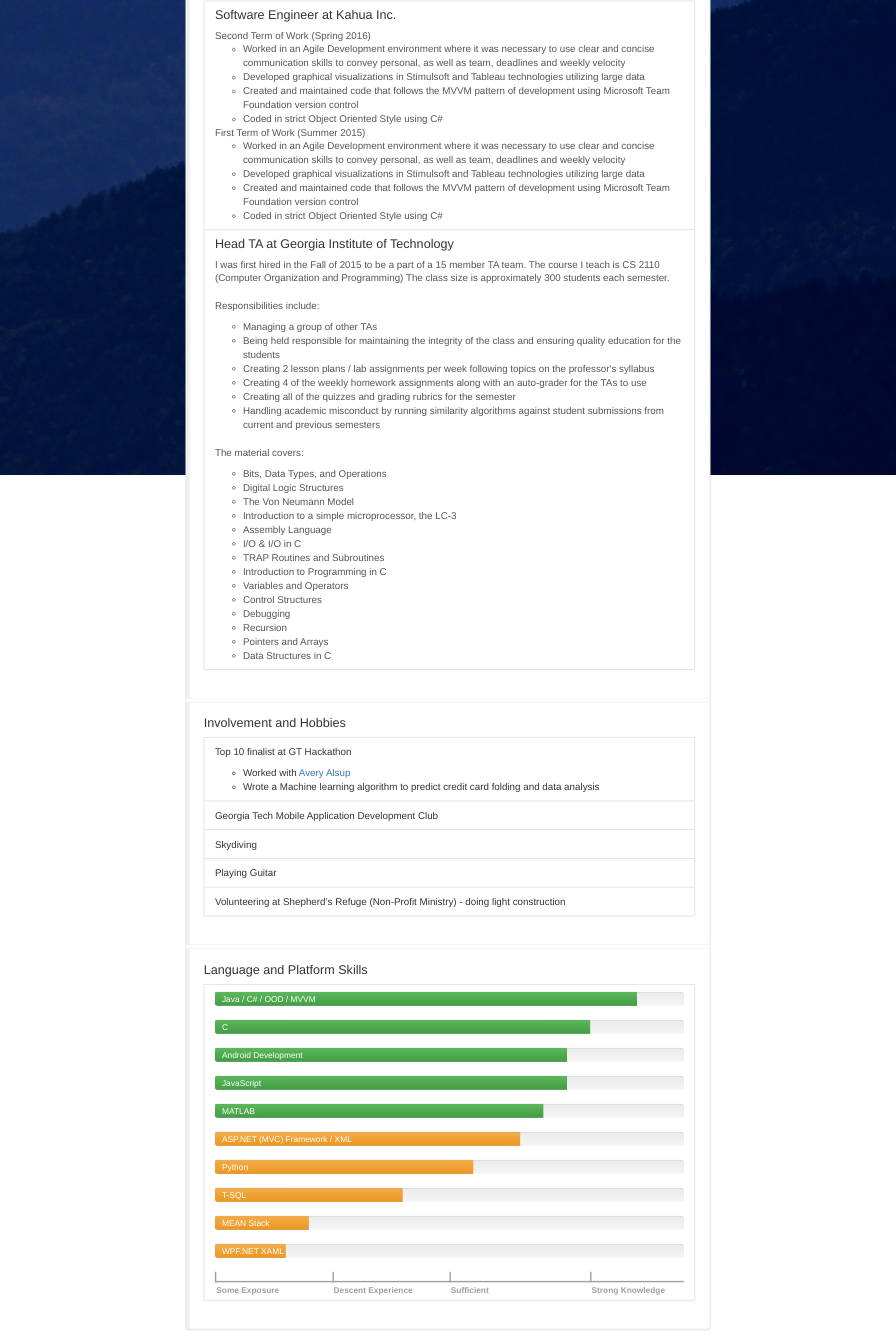
Repository: austinHerring/PersonalWebsite
Page: PersonalWebsite/WebContent/about.html
An editor plug-in stored every save of this project. The page is shown before and after the next save, followed by the edit.
The browser window is 1280 px wide. The pictures show the part of the page from y = 977 to 2897 px (the page is 2897 px tall before and 2870 px after), at 70% of full size.
Some web libraries are served in a nearby version.

Above is the page before, as saved 2016-06-13 02:26:07.

### PersonalWebsite/WebContent/about.html
<html>
<head>
	<meta charset="utf-8"/>
	<title>About - Austin</title>
	<link rel="stylesheet" href="css/bootstrap.min.css">
	<link rel="stylesheet" href="css/bootstrap-theme.min.css">
	<link rel="stylesheet" href="css/about.css">
	<link rel="stylesheet" href="css/general.css">
</head>
<body>
	<div class="container" id="page-wrap">
		<div class="resume">
	    <header class="page-header">
		    <table class="table-header">
		    	<tr>
		    		<td>
			    		<a class="button button1" href="index.html" role="button">Home</a>
		    		</td>
		    		<td style="text-align: center;">
			    		<h1 class="page-title">About Austin Herring</h1>
			    		<small> <i class="fa fa-clock-o"></i> Last Updated on: <time>Sunday, June 12, 2016</time></small>
		    		</td>
		    		<td>
						<a class="button button1" href="projects.html" role="button">Projects</a>
		    		</td>
		    	</tr>
		    </table>
		</header>
		<div class="row">
		  <div class="col-xs-12 col-sm-12 col-md-offset-1 col-md-10 col-lg-offset-2 col-lg-8">
		    <div class="panel panel-default">
		      <div class="panel-heading resume-heading">
		        <div class="row">
		          <div class="col-lg-12">
		            <div class="col-xs-12 col-sm-4">
		              <figure>
		                <img class="img-circle img-responsive" alt="Picture of Austin" src="images/austinEurope1.png">
		              </figure>
		                <div class="col-xs-12 social-btns">
		                    <div class="col-xs-3 col-md-1 col-lg-6 social-btn-holder">
		                      <a href="https://www.linkedin.com/in/austin-herring-810350a3?trk=nav_responsive_tab_profile" class="btn btn-social btn-block btn-linkedin">
		                        <i class="fa fa-linkedin"></i> </a>
		                    </div>
		                    <div class="col-xs-3 col-md-1 col-lg-6 social-btn-holder">
		                      <a href="https://github.com/austinHerring" class="btn btn-social btn-block btn-github">
		                        <i class="fa fa-github"></i> </a>
		                    </div>
		                </div>
		            </div>

		            <div class="col-xs-12 col-sm-8">
		              <ul class="list-group">
		                <li class="list-group-item">Austin Herring</li>
		                <li class="list-group-item">Under Graduate Student of Computer Science</li>
		                <li class="list-group-item">Georgia Institute of Technology</li>
		                <li class="list-group-item"><i class="fa fa-phone"></i> 404-368-9110 </li>
		                <li class="list-group-item"><i class="fa fa-envelope"></i> austinherring95@gmail.com</li>
		                <li class="list-group-item">337353 Georgia Tech Station Atlanta, GA 30332</li>
		                <li class="list-group-item">U.S. Citizen</li>
		              </ul>
		            </div>
		          </div>
		        </div>
		      </div>
		      <div class="bs-callout">
		        <h4>Summary</h4>
		        <p>
		        	Some stuff about me
		        </p>
		        <p>
		         	More stuff about me
		        </p>
		      </div>
		      <div class="bs-callout">
		        <h4>Education</h4>
		        <table class="table table-striped table-responsive ">
		          <thead>
		            <tr><th>Degree</th>
		            <th>Graduation</th>
		            <th>GPA</th>
		          </tr></thead>
		          <tbody>
		            <tr>
		              <td>Candidate for B.S. in Computer Science (Intelligence / Systems and Architecture)</td>
		              <td>December 2017</td>
		              <td>3.82</td>
		            </tr>
		          </tbody>
		        </table>
		      </div>
		      <div class="bs-callout">
		        <h4>Research Interests</h4>
		        <p>
		          Software Engineering, Machine Learning, Artificial Neural Networks, Password Security
		        </p>
		      </div>

		      <div class="bs-callout">
		        <h4>Prior Experiences</h4>
		        <ul class="list-group">
		          <a class="list-group-item active-link" href="https://www.kahua.com/">
		            <h4 class="list-group-item-heading">
		              Software Engineer at Kahua Inc.
		            </h4>
		            <p class="list-group-item-text">
			             Second Term of Work (Spring 2016)
		             </p>
		             <ul>
		                <li>
		                     Worked in an Agile Development environment where it was necessary to use clear and concise communication skills to convey personal, as well as team, deadlines and weekly velocity
		                </li>
		                <li>
				             Developed graphical visualizations in Stimulsoft and Tableau technologies utilizing large data
		                </li>
		                <li>
				             Created and maintained code that follows the MVVM pattern of development using Microsoft Team Foundation version control
		                </li>
		                <li>
				             Coded in strict Object Oriented Style using C#
		                </li>
	                </ul>
	                <p class="list-group-item-text">
			             First Term of Work (Summer 2015)
		             </p>
		             <ul>
		                <li>
		                     Worked in an Agile Development environment where it was necessary to use clear and concise communication skills to convey personal, as well as team, deadlines and weekly velocity
		                </li>
		                <li>
				             Developed graphical visualizations in Stimulsoft and Tableau technologies utilizing large data
		                </li>
		                <li>
				             Created and maintained code that follows the MVVM pattern of development using Microsoft Team Foundation version control
		                </li>
		                <li>
				             Coded in strict Object Oriented Style using C#
		                </li>
	                </ul>
		          </a>
		          <a class="list-group-item inactive-link" href="#">
		            <h4 class="list-group-item-heading">Head TA at Georgia Institute of Technology</h4>
		            <p class="list-group-item-text">
			             	I was first hired in the Fall of 2015 to be a part of a 15 member TA team. The course I teach is CS 2110 (Computer Organization and Programming)
			             The class size is approximately 300 students each semester.
		             </p>
		             <p><br/>Responsibilities include:</p>
		             <ul>
		                <li>
		                     Managing a group of other TAs
		                </li>
		                <li>
				             Being held responsible for maintaining the integrity of the class and ensuring quality education for the students
		                </li>
		                <li>
				             Creating 2 lesson plans / lab assignments per week following topics on the professor's syllabus
		                </li>
		                <li>
				             Creating 4 of the weekly homework assignments along with an auto-grader for the TAs to use
		                </li>
		                <li>
				             Creating all of the quizzes and grading rubrics for the semester
		                </li>
		                <li>
				             Handling academic misconduct by running similarity algorithms against student submissions from current and previous semesters
		                </li>
	                </ul>
	                <p><br/>The material covers:</p>
	                <ul>
	                	<li>
	                		Bits, Data Types, and Operations
	                	</li>
	                	<li>
	                		Digital Logic Structures
	                	</li>
	                	<li>
	                		The Von Neumann Model
	                	</li>
	                	<li>
	                		Introduction to a simple microprocessor, the LC-3
	                	</li>
	                	<li>
	                		Assembly Language
	                	</li>
	                	<li>
	                		I/O & I/O in C
	                	</li>
	                	<li>
	                		TRAP Routines and Subroutines
	                	</li>
	                	<li>
	                		Introduction to Programming in C
	                	</li>
	                	<li>
	                		Variables and Operators
	                	</li>
	                	<li>
	                		Control Structures
	                	</li>
	                	<li>
	                		Debugging
	                	</li>
	                	<li>
	                		Recursion
	                	</li>
	                	<li>
	                		Pointers and Arrays
	                	</li>
	                	<li>
	                		Data Structures in C
	                	</li>
	                </ul>
		          </a>
		        </ul>
		      </div>
		      <div class="bs-callout">
		        <h4>Involvement and Hobbies</h4>
		        <ul class="list-group">
		          <li class="list-group-item">
		          	<p>Top 10 finalist at GT Hackathon</p>
		          	<ul>
		          		<li>Worked with <a href="https://www.linkedin.com/in/terrence-alsup-8bb8508a?authType=name&authToken=7kiY&trk=contacts-contacts-list-contact_name-0">Avery Alsup</a></li>
		          		<li>Wrote a Machine learning algorithm to predict credit card folding and data analysis</li>
		          	</ul>
		          </li>
		          <li class="list-group-item"> Georgia Tech Mobile Application Development Club</li>
		          <li class="list-group-item"> Skydiving</li>
		          <li class="list-group-item"> Playing Guitar</li>
		          <li class="list-group-item"> Volunteering at Shepherd’s Refuge (Non-Profit Ministry) - doing light construction</li>
		        </ul>
		      </div>
		      <div class="bs-callout">
		        <h4>Language and Platform Skills</h4>
		        <ul class="list-group">
		          <a class="list-group-item inactive-link" href="#">
		            <div class="progress">
		              <div data-placement="top" style="width: 90%;"
		              aria-valuemax="100" aria-valuemin="0" aria-valuenow="80" role="progressbar" class="progress-bar progress-bar-success">
		                <span class="sr-only">80%</span>
		                <span class="progress-type">Java / C# / OOD / MVVM</span>
		              </div>
		            </div>
		            <div class="progress">
		              <div data-placement="top" style="width: 80%;" aria-valuemax="100" aria-valuemin="0" aria-valuenow="60" role="progressbar" class="progress-bar progress-bar-success">
		                <span class="sr-only">60%</span>
		                <span class="progress-type">C</span>
		              </div>
		            </div>
		            <div class="progress">
		              <div data-placement="top" style="width: 75%;" aria-valuemax="100" aria-valuemin="0" aria-valuenow="60" role="progressbar" class="progress-bar progress-bar-success">
		                <span class="sr-only">60%</span>
		                <span class="progress-type">Android Development</span>
		              </div>
		            </div>
		            <div class="progress">
		              <div data-placement="top" style="width: 75%;" aria-valuemax="100" aria-valuemin="0" aria-valuenow="1" role="progressbar" class="progress-bar progress-bar-success">
		                <span class="sr-only">70%</span>
		                <span class="progress-type">JavaScript</span>
		              </div>
		            </div>
		            <div class="progress">
		              <div data-placement="top" style="width: 70%;" aria-valuemax="100" aria-valuemin="0" aria-valuenow="60" role="progressbar" class="progress-bar progress-bar-success">
		                <span class="sr-only">60%</span>
		                <span class="progress-type">MATLAB</span>
		              </div>
		            </div>
		            <div class="progress">
		              <div data-placement="top" style="width: 65%;" aria-valuemax="100" aria-valuemin="0" aria-valuenow="50" role="progressbar" class="progress-bar progress-bar-warning">
		                <span class="sr-only">50%</span>
		                <span class="progress-type">ASP.NET (MVC) Framework / XML</span>
		              </div>
		            </div>
		            <div class="progress">
		              <div data-placement="top" style="width: 55%;" aria-valuemax="100" aria-valuemin="0" aria-valuenow="1" role="progressbar" class="progress-bar progress-bar-warning">
		                <span class="sr-only">65%</span>
		                <span class="progress-type">Python</span>
		              </div>
		            </div>
		            <div class="progress">
		              <div data-placement="top" style="width: 40%;" aria-valuemax="100" aria-valuemin="0" aria-valuenow="1" role="progressbar" class="progress-bar progress-bar-warning">
		                <span class="sr-only">70%</span>
		                <span class="progress-type">T-SQL</span>
		              </div>
		            </div>
		            <div class="progress">
		              <div data-placement="top" style="width: 20%;" aria-valuemax="100" aria-valuemin="0" aria-valuenow="1" role="progressbar" class="progress-bar progress-bar-warning">
		                <span class="sr-only">70%</span>
		                <span class="progress-type">MEAN Stack </span>
		              </div>
		            </div>
		            <div class="progress">
		              <div data-placement="top" style="width: 15%;" aria-valuemax="100" aria-valuemin="0" aria-valuenow="50" role="progressbar" class="progress-bar progress-bar-warning">
		                <span class="sr-only">10%</span>
		                <span class="progress-type">WPF.NET XAML</span>
		              </div>
		            </div>

		            <div class="progress-meter">
		              <div style="width: 25%;" class="meter meter-left"><span class="meter-text">Some Exposure</span></div>
		              <div style="width: 25%;" class="meter meter-left"><span class="meter-text">Descent Experience</span></div>
		              <div style="width: 30%;" class="meter meter-left"><span class="meter-text">Sufficient</span></div>
		              <div style="width: 20%;" class="meter meter-left"><span class="meter-text">Strong Knowledge</span></div>
		            </div>
		          </a>
		        </ul>
		      </div>
		    </div>

		  </div>
		</div>

		</div>
	</div>

	<div id="bg">
		<img src="images/background.jpg" alt="">
	</div>

	<script src="js/jquery.min.js"></script>
	<script src="js/bootstrap.min.js"></script>
</body>
</html>

### PersonalWebsite/WebContent/css/about.css
/* uses font awesome for social icons */
@import url(http://maxcdn.bootstrapcdn.com/font-awesome/4.2.0/css/font-awesome.min.css);

/*social buttons*/
.btn-social{
  color: white;
  opacity:0.9;
}
.btn-social:hover {
  color: white;
    opacity:1;
}
.btn-facebook {
background-color: #3b5998;
opacity:0.9;
}
.btn-twitter {
background-color: #00aced;
opacity:0.9;
}
.btn-linkedin {
background-color:#0e76a8;
opacity:0.9;
}
.btn-github{
  background-color:#000000;
  opacity:0.9;
}
.btn-google {
  background-color: #c32f10;
  opacity: 0.9;
}
.btn-stackoverflow{
  background-color: #D38B28;
  opacity: 0.9;
}

/* resume stuff */

.bs-callout {
    -moz-border-bottom-colors: none;
    -moz-border-left-colors: none;
    -moz-border-right-colors: none;
    -moz-border-top-colors: none;
    border-color: #eee;
    border-image: none;
    border-radius: 3px;
    border-style: solid;
    border-width: 1px 1px 1px 5px;
    margin-bottom: 5px;
    padding: 20px;
}
.bs-callout:last-child {
    margin-bottom: 0px;
}
.bs-callout h4 {
    margin-bottom: 10px;
    margin-top: 0;
}

.bs-callout-danger {
    border-left-color: #d9534f;
}

.bs-callout-danger h4{
    color: #d9534f;
}

.resume .list-group-item:first-child, .resume .list-group-item:last-child{
  border-radius:0;
}

/*makes an anchor inactive(not clickable)*/
.inactive-link {
   pointer-events: none;
   cursor: default;
}

.resume-heading .social-btns{
  margin-top:15px;
}
.resume-heading .social-btns i.fa{
  margin-left:-5px;
}



@media (max-width: 992px) {
  .resume-heading .social-btn-holder{
    padding:5px;
  }
}

/* skill meter in resume. copy pasted from http://bootsnipp.com/snippets/featured/progress-bar-meter */

.progress-bar {
    text-align: left;
	white-space: nowrap;
	white-space: nowrap;
	overflow: hidden;
	text-overflow: ellipsis;
	cursor: pointer;
}

.progress-bar > .progress-type {
	padding-left: 10px;
}

.progress-meter {
	min-height: 15px;
	border-bottom: 2px solid rgb(160, 160, 160);
  margin-bottom: 15px;
}

.progress-meter > .meter {
	position: relative;
	float: left;
	min-height: 15px;
	border-width: 0px;
	border-style: solid;
	border-color: rgb(160, 160, 160);
}

.progress-meter > .meter-left {
	border-left-width: 2px;
}

.progress-meter > .meter-right {
	float: right;
	border-right-width: 2px;
}

.progress-meter > .meter-right:last-child {
	border-left-width: 2px;
}

.progress-meter > .meter > .meter-text {
	position: absolute;
	display: inline-block;
	bottom: -20px;
	width: 100%;
	font-weight: 700;
	font-size: 0.85em;
	color: rgb(160, 160, 160);
	text-align: left;
}

.progress-meter > .meter.meter-right > .meter-text {
	text-align: right;
}

### PersonalWebsite/WebContent/css/general.css
@CHARSET "UTF-8";
.button {
    background-color: #3fbfad;
    border: none;
    color: white;
    padding: 8px 8px;
    text-align: center;
    text-decoration: none;
    display: inline-block;
    font-size: 16px;
    margin: 4px 2px;
    -webkit-transition-duration: 0.4s; /* Safari */
    transition-duration: 0.4s;
    cursor: pointer;
    border-radius: 8px;
}

.button1 {
    background-color: #3fbfad;
    color: white;
    border: 3px solid #3fbfad;
}

.button1:hover {
    background:rgba(0,0,0,0);
    color: white;
    text-decoration: none;
    border: 3px solid white;
}

.page-header{
  text-align: center;
  color: white;
}

.table-header{
  text-align: center;
  color: white;
  width:100%;
}

#bg {
	position:fixed;
	top:-50%;
	left:-50%;
	width:100%;
	height:80%;
}

#bg img {
	position:absolute;
	top:0;
	left:0;
	right:0;
	bottom:0;
	margin:auto;
	min-width:50%;
	min-height:50%;
}

#page-wrap { position: relative; z-index: 2}

Loaded but not shown: PersonalWebsite/WebContent/css/bootstrap.min.css (library); PersonalWebsite/WebContent/css/bootstrap-theme.min.css (library); PersonalWebsite/WebContent/js/jquery.min.js (library); PersonalWebsite/WebContent/js/bootstrap.min.js (library)

After the next save:
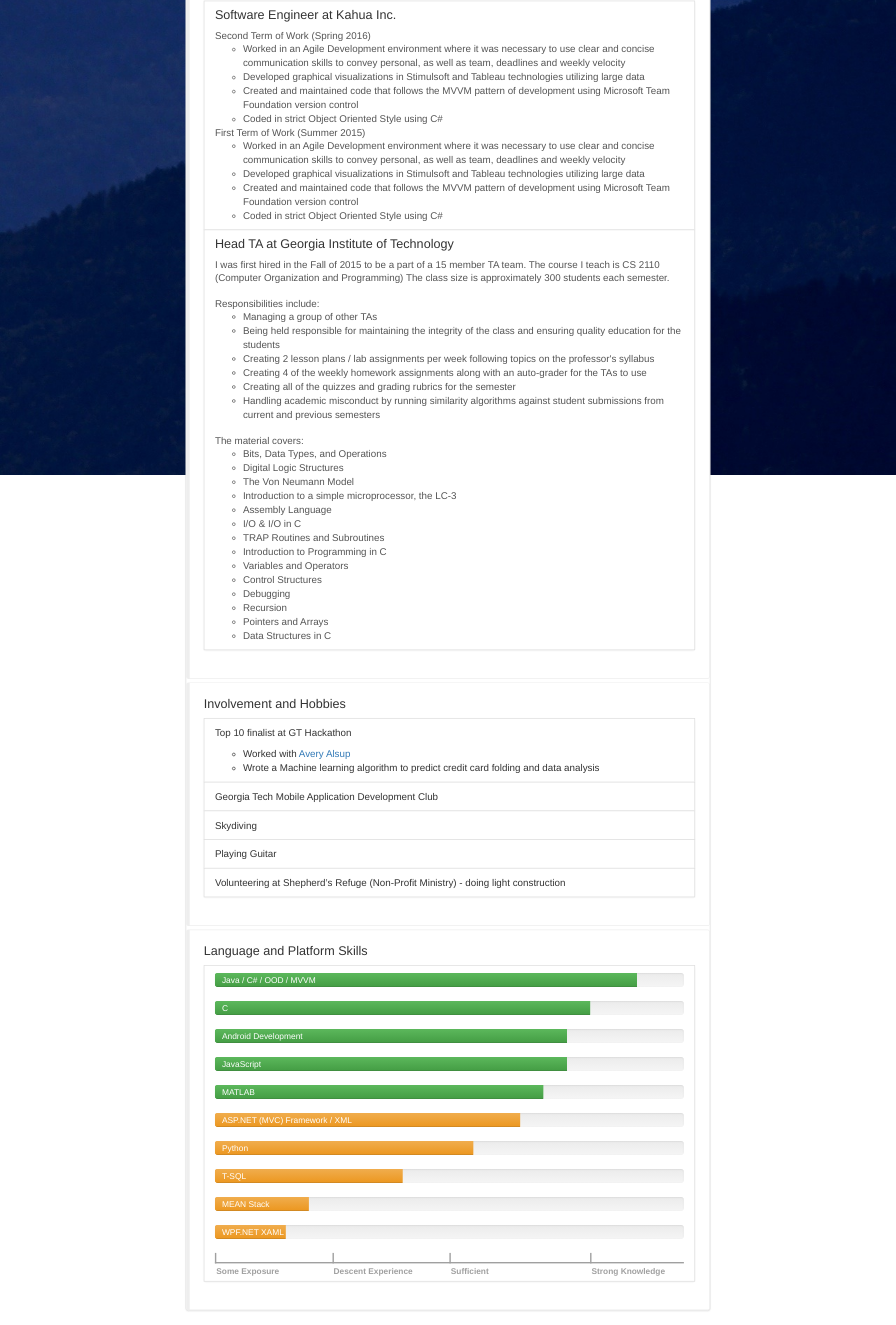
Saved 2 min 2 s later.
--- a/PersonalWebsite/WebContent/about.html
+++ b/PersonalWebsite/WebContent/about.html
@@ -143,7 +143,7 @@
 			             	I was first hired in the Fall of 2015 to be a part of a 15 member TA team. The course I teach is CS 2110 (Computer Organization and Programming)
 			             The class size is approximately 300 students each semester.
 		             </p>
-		             <p><br/>Responsibilities include:</p>
+		             <p class="list-group-item-text"><br/>Responsibilities include:</p>
 		             <ul>
 		                <li>
 		                     Managing a group of other TAs
@@ -164,7 +164,7 @@
 				             Handling academic misconduct by running similarity algorithms against student submissions from current and previous semesters
 		                </li>
 	                </ul>
-	                <p><br/>The material covers:</p>
+	                <p class="list-group-item-text"><br/>The material covers:</p>
 	                <ul>
 	                	<li>
 	                		Bits, Data Types, and Operations
